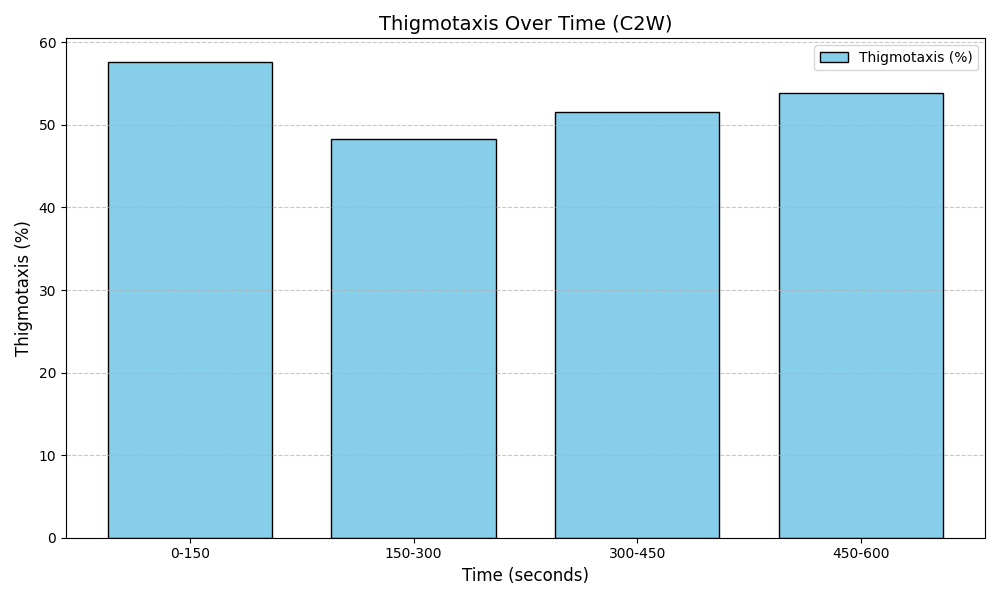
Repository: ZoharBNH5/Behavioral-Testing-Laboratory
Script's output: python bhave_tests.py
An editor plug-in stored every save of this project. The script's output is shown before and after the next save, followed by the edit.
Random numbers start from a fixed seed. It also reads C1W_241124_new.mat, C2W_271124_new.mat.

Above is the script's output before, as saved 2024-11-29 13:00:55.

After the next save:
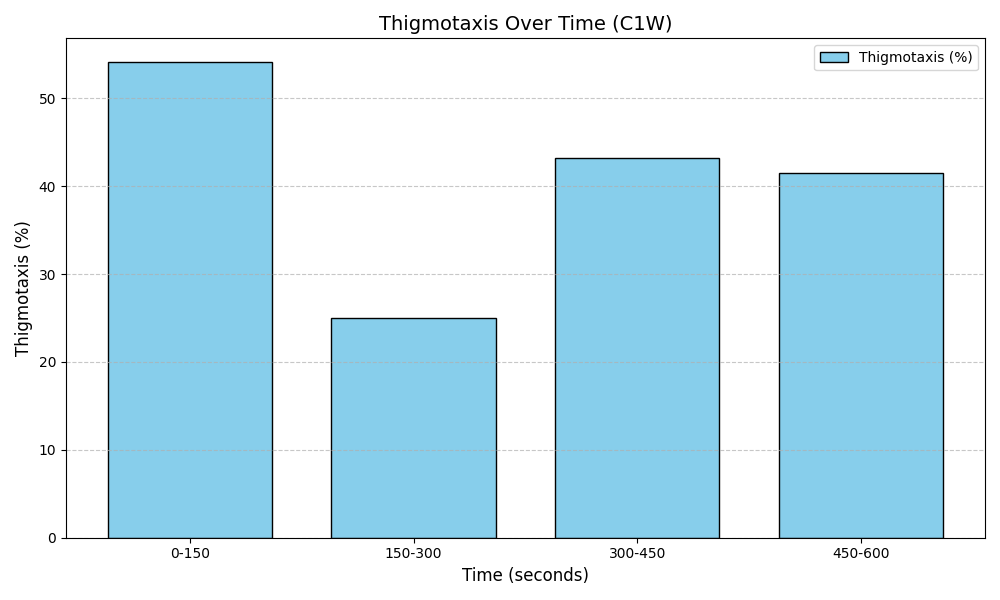
Saved 55 s later.
--- a/bhave_tests.py
+++ b/bhave_tests.py
@@ -9,8 +9,8 @@ import matplotlib.pyplot
 
 
 # load data from file
-data = loadmat('C2W_271124_new.mat')
-mouse_num = "C2W"
+data = loadmat('C1W_241124_new.mat')
+mouse_num = "C1W"
 
 print(data.keys())
 # Extract grooming start-stop data
